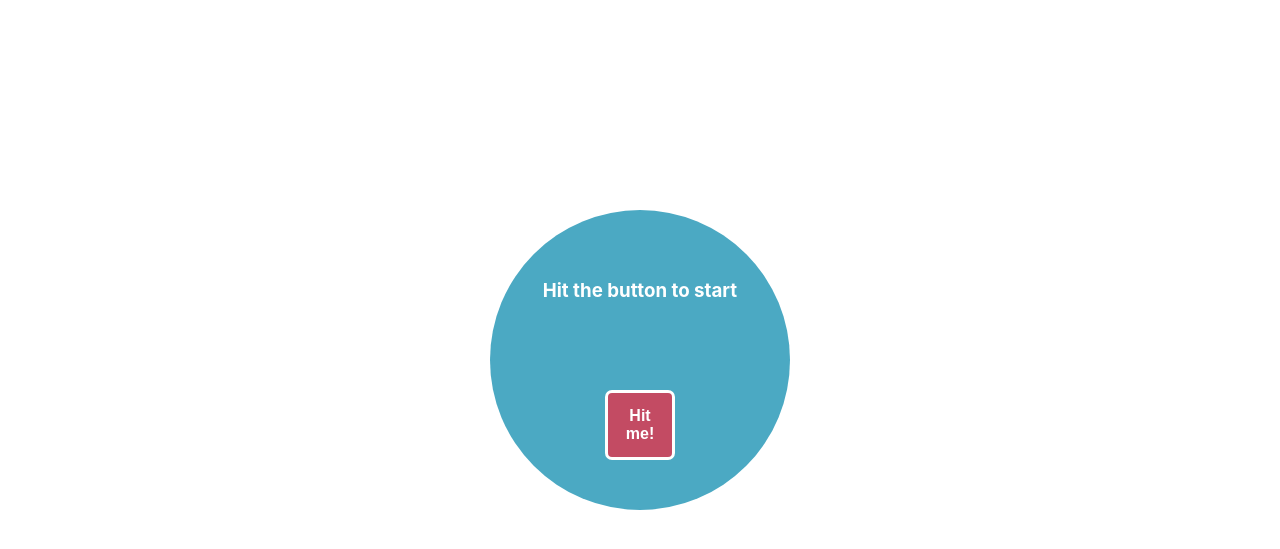
Repository: litalsh/Usless-Counter
Page: /
These files come from the project's save history. The page is drawn as it stood at one moment and after the next save; the edit follows.
The browser window is 1280 px wide. The pictures show the whole page.
The project was rebuilt for these pictures with package versions that can differ from the ones it lists, and the page was loaded fresh each time.

Above is the page before, as saved 2021-02-22 12:43:44.

### src/App.js
import React, { useState } from 'react';
import './App.css';

function App() {
  const [counter, setCounter] = useState(0);

  const clickHandler = () => {
    setCounter(counter + 1)
  }
  return (
    <div className="App">
     {counter === 0 ? <h3>Hit the button to start</h3> : <h3>I clicked it <span>{counter}</span> times already but nothing is happaning!</h3>}
     <button onClick={() => clickHandler()}>Hit me!</button>
    </div>
  );
}

export default App;

### src/App.css
#root{
  display: flex;
  width: 100vw;
  height: 100vh;
  justify-content: center;
  flex-direction: row;
  margin: auto;
}

.App {
  display: flex;
  flex-direction: column;
  justify-content: space-between;
  text-align: center;
  width: 300px;
  height: 300px;
  border-radius: 50%;
  background: #4BA9C3;
  padding: 50px;
  box-sizing: border-box;
  align-self: center;
}

h3 {
  color: #fff;
}

span {
  font-size: x-large;
  font-weight: bolder;
  color: #C34B63 ;
}

button {
  width: 70px;
  height: 70px;
  border-radius: 10%;
  border: 0.2em solid #fff;
  background: #C34B63;
  color: #fff;
  align-self: center;
  font-size: 1rem;
  font-weight: bold;
}

Loaded but not shown: public/index.html (common file); src/index.js (common file); src/index.css (common file); src/reportWebVitals.js (common file)

After the next save:
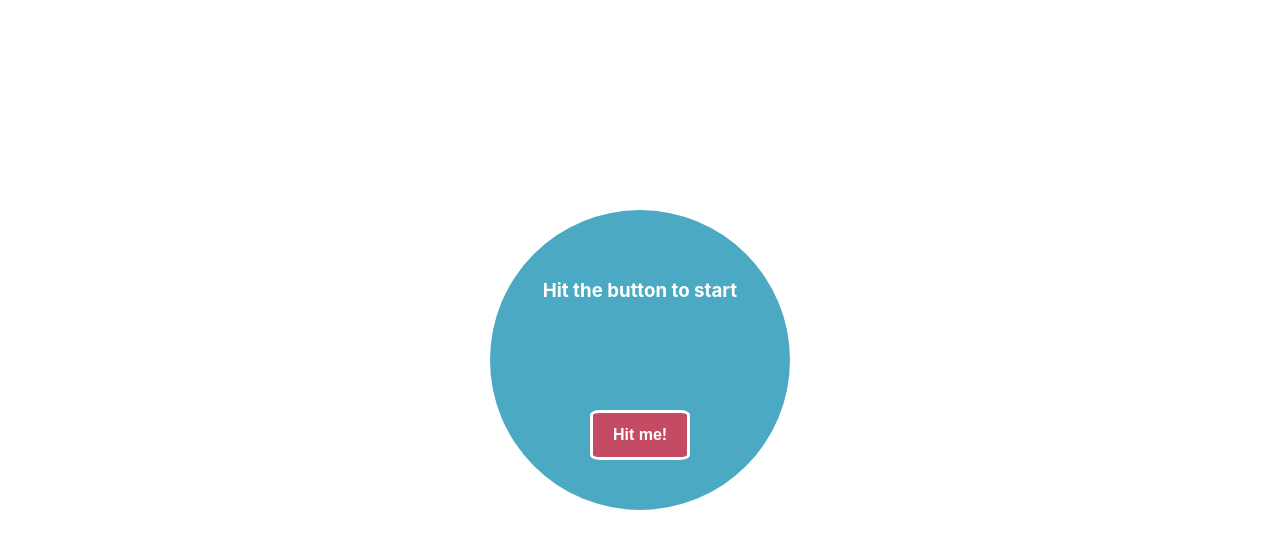
Saved 13 s later.
--- a/src/App.css
+++ b/src/App.css
@@ -32,8 +32,8 @@ span {
 }
 
 button {
-  width: 70px;
-  height: 70px;
+  width: 100px;
+  height: 50px;
   border-radius: 10%;
   border: 0.2em solid #fff;
   background: #C34B63;
